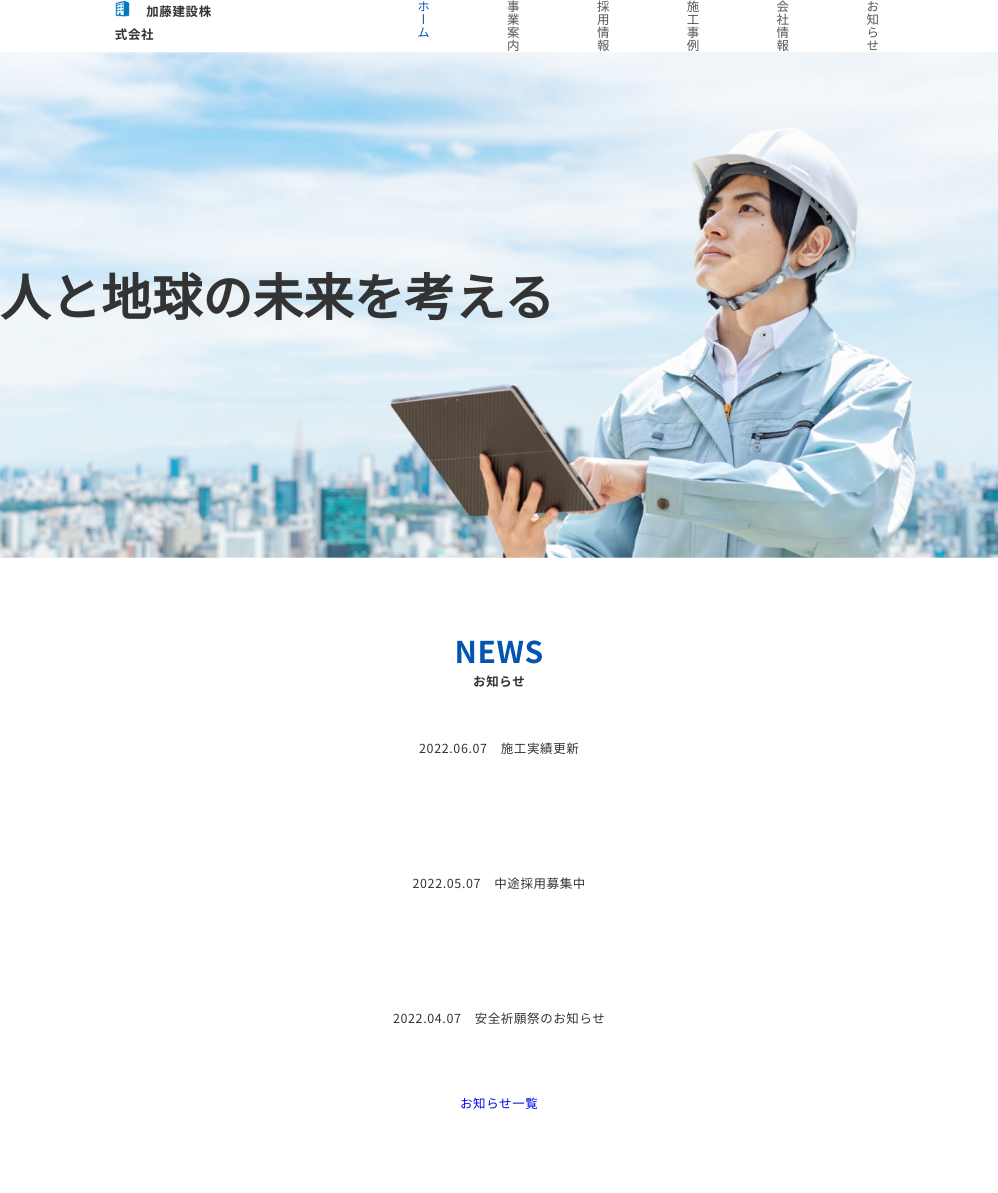
Repository: nozomi-23/hp1_test
Page: index.html
An editor plug-in stored every save of this project. The page is shown before and after a run of saves, followed by the edit.
The browser window is 1280 px wide. The pictures show the whole page, at 78% of full size.

Above is the page before, as saved 2022-06-12 11:05:13.

### index.html
<!DOCTYPE html>
<html lang="ja">
<head>
<meta charset="UTF-8">
<title>加藤建設 株式会社</title>
<meta name="description" content="人と地球の未来を考える 加藤建設 株式会社">
<meta name="keywords" content="建築,土木,インフラ">
<meta name="viewport" content="width=device-width, initial-scale=1.0">
<meta property="og:title" content="建築依頼なら「加藤建設 株式会社」">
<meta property="og:type" content="article">
<meta property="og:url" content="https://withcode-plus.tech">
<meta property="og:image" content="img/logo.png">
<meta property="og:description" content="確かな技術力が自慢、インフラから地域貢献まで加藤建設にお任せ下さい">
<meta property="og:site_name" content="加藤建設 株式会社">
<link rel="icon" href="img/favicon.ico">
<link rel="apple-touch-icon" sizes="180x180" href="img/logo.png">
<link rel="preconnect" href="https://fonts.googleapis.com">
<link rel="preconnect" href="https://fonts.gstatic.com" crossorigin>
<link href="https://fonts.googleapis.com/css2?family=Noto+Sans+JP:wght@400;500;700&family=Noto+Serif+JP&display=swap"
  rel="stylesheet">
<link rel="stylesheet" type="text/css" href="css/reset.css">
<link rel="stylesheet" type="text/css" href="css/common1.css">
<link rel="stylesheet" type="text/css" href="css/index.css">
</head>
<body>
  <!-- =========header -->
  <header>
    <div class="header_wrapper">
      <div class="header_inner">
        <h1 class="header_left">加藤建設株式会社</h1>
        <nav class="header_right" >
          <ul class="header_list">
            <li><a href="#" class="color">ホーム</a></li>
            <li><a href="html/business.html">事業案内</a></li>
            <li><a href="html/recruit.html">採用情報</a></li>
            <li><a href="html/work.html">施工事例</a></li>
            <li><a href="html/company.html">会社情報</a></li>
            <li><a href="html/news.html">お知らせ</a></li>
          </ul>
        </nav>
      </div>
    </div>
  </header>
  <!-- =========main_view -->
  <main>
    <section class="main_wrapper">
      <div class="main_txt">
        <h3>人と地球の未来を考える</h3>
      </div>
    </section>
    <!-- =========news -->
    <section class="news section">
      <div class="news_wrapper">
        <h2 class="title">NEWS<br>
          <small>お知らせ</small></h2>
        <ul>
          <li>2022.06.07&emsp;施工実績更新</li>
          <li>2022.05.07&emsp;中途採用募集中</li>
          <li>2022.04.07&emsp;安全祈願祭のお知らせ</li>
        </ul>
        <div class="btn">
          <a href="html/news.html">お知らせ一覧</a>
        </div>
      </div>
    </section>
  </main>
</body>
</html>

### css/reset.css
@charset "UTF-8";

html,
body,
div,
span,
object,
iframe,
h1,
h2,
h3,
h4,
h5,
h6,
p,
blockquote,
pre,
abbr,
address,
cite,
code,
del,
dfn,
em,
img,
ins,
kbd,
q,
samp,
small,
strong,
sub,
sup,
var,
b,
i,
dl,
dt,
dd,
ol,
ul,
li,
fieldset,
form,
label,
legend,
table,
caption,
tbody,
tfoot,
thead,
tr,
th,
td,
article,
aside,
canvas,
details,
figcaption,
figure,
footer,
header,
hgroup,
menu,
nav,
section,
summary,
time,
mark,
audio,
video {
  margin: 0;
  padding: 0;
  border: 0;
  outline: 0;
  font-size: 100%;
  vertical-align: baseline;
  background: transparent;
}

body {
  line-height: 1;
}

article,
aside,
details,
figcaption,
figure,
footer,
header,
hgroup,
menu,
nav,
section {
  display: block;
}

nav ul {
  list-style: none;
}

blockquote,
q {
  quotes: none;
}

blockquote:before,
blockquote:after,
q:before,
q:after {
  content: '';
  content: none;
}

a {
  margin: 0;
  padding: 0;
  font-size: 100%;
  vertical-align: baseline;
  background: transparent;
}

/* change colours to suit your needs */
ins {
  background-color: #ff9;
  color: #000;
  text-decoration: none;
}

/* change colours to suit your needs */
mark {
  background-color: #ff9;
  color: #000;
  font-style: italic;
  font-weight: bold;
}

del {
  text-decoration: line-through;
}

abbr[title],
dfn[title] {
  border-bottom: 1px dotted;
  cursor: help;
}

table {
  border-collapse: collapse;
  border-spacing: 0;
}

/* change border colour to suit your needs */
hr {
  display: block;
  height: 1px;
  border: 0;
  border-top: 1px solid #cccccc;
  margin: 1em 0;
  padding: 0;
}

input,
select {
  vertical-align: middle;
}

### css/common1.css
@charset "UTF-8";

body {
  color: #333;
  letter-spacing: 0.05em;
  line-height: 1.8;
  font-family: 'Noto Sans JP', sans-serif ,'Noto Serif JP',
  serif;
}
li {
  list-style: none;
}

a {
  text-decoration: none;
}
.section {
  margin: 8% 0;
}


/* タイトル */
.title {
  color: #0554B0;
  font-weight: bold;
  font-size: 2.4rem;
  line-height: 0.8;
}
.news_wrapper small {
  font-size: 1rem;
  color: #333;
}

### css/index.css
@charset "UTF-8";

/* =================
header
===================*/
.header_wrapper {
  display: flex;
  justify-content: center;
}
.header_inner {
  width: 77%;
  display: flex;
  justify-content: space-between;

}
.header_list {
  display: table;
}
.header_list li {
  display: table-cell;
  writing-mode: vertical-rl;
}
.header_list li a {
  color: #555;
}
.header_list li a:hover {
  opacity: 0.5;
}
.header_list li a.color {
  color: #0554B0;
}

.header_left::before {
  content: "";
  background: url(../img/name_icon.png) no-repeat ;
  background-size: contain;
  width: 30%;
  height: 30%;
  z-index: 1;
  display: inline-block;
}

/* =================
main_view
===================*/
.main_wrapper {
  background: url(../img/top_img.png)no-repeat center;
  background-size: cover;
  width: 100%;
  height: 90vh;
}
.main_txt {
  font-size: 4rem;
  font-weight: normal;
  font-family: 'Noto Serif JP';
  position: relative;
  top: 40%;
}
/* =================
news
===================*/
.news {
  text-align: center;
}
.news_wrapper ul li{
  padding: 5%;
  margin-bottom: 1rem;
}

After the next 2 saves:
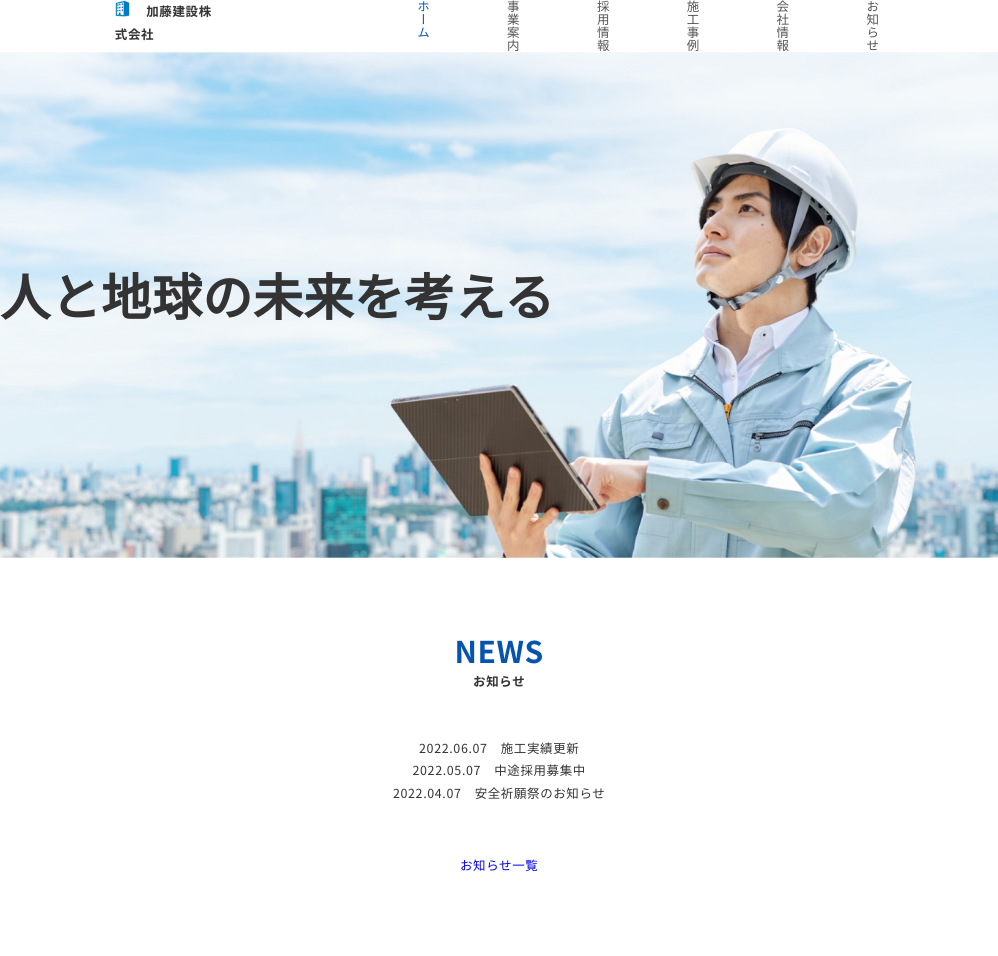
The 2 saves are shown as one change because they came seconds apart.
The last was saved 10 s later.
--- a/css/index.css
+++ b/css/index.css
@@ -62,7 +62,6 @@ news
 .news {
   text-align: center;
 }
-.news_wrapper ul li{
+.news_wrapper ul{
   padding: 5%;
-  margin-bottom: 1rem;
 }
